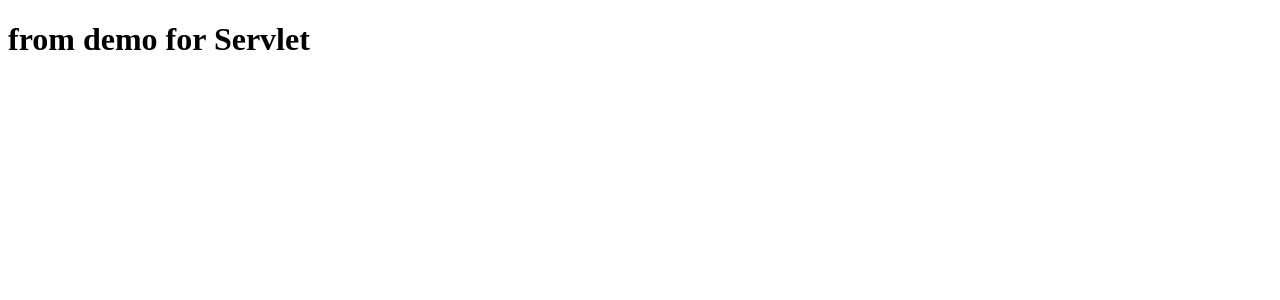
Repository: Hoa7604/kist_Java
Page: project-booking-tour/webShop/WebContent/index.html
These files come from the project's save history. The page is drawn as it stood at one moment and after the next save; the edit follows.
The browser window is 1280 px wide. The pictures show the whole page.

Above is the page before, as saved 2020-08-10 09:16:28.

### project-booking-tour/webShop/WebContent/index.html
<!DOCTYPE html>
<html>
<head>
<meta charset="UTF-8">
<title>req & res demo</title>
</head>
<body>
	<h1>from demo for Servlet</h1>
	<div>
		<form method="get" action="login"></form>
	</div>

</body>
</html>

After the next save:
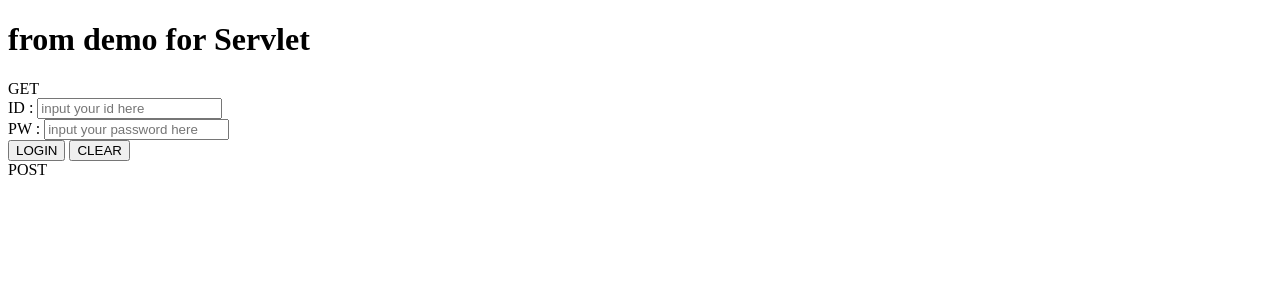
Saved 4 min 2 s later.
--- a/project-booking-tour/webShop/WebContent/index.html
+++ b/project-booking-tour/webShop/WebContent/index.html
@@ -7,8 +7,17 @@
 <body>
 	<h1>from demo for Servlet</h1>
 	<div>
-		<form method="get" action="login"></form>
+		GET<br>
+		<form method="get" action="login1">
+			ID : <input type="text" name="uname" placeholder="input your id here"></br>
+			PW : <input type="password" name="upass" placeholder="input your password here"></br>
+			<input type="submit" value = "LOGIN">
+			<input type="reset" value = "CLEAR">
+		</form>
 	</div>
-
+	<div>
+		POST<br>
+		<form method="post" action="login1"></form>
+	</div>
 </body>
 </html>
